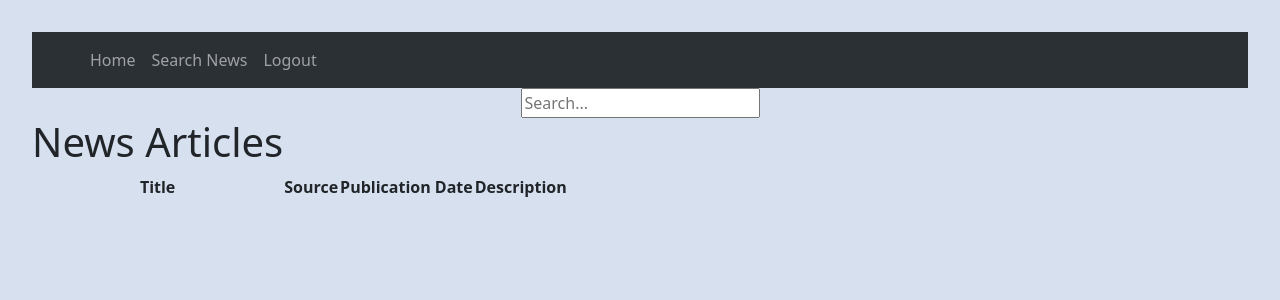
Repository: oksana117/news-app
Page: /search (app in client/)
An editor plug-in stored every save of this project. The page is shown before and after a run of saves, followed by the edit.
The browser window is 1280 px wide. The pictures show the whole page.
The page's requests for data from a server got no answer. The project was rebuilt for these pictures with package versions that can differ from the ones it lists, and the page was loaded fresh each time. No one was signed in, and anything a server would have sent is missing. Also part of the build but not shown: client/vite.config.js, client/src/Register.jsx, client/src/Login.jsx, client/src/Home.jsx.

Above is the page before, as saved 2024-09-27 18:57:39.

### client/index.html
<!doctype html>
<html lang="en">

<head>
  <meta charset="UTF-8" />
  <link rel="icon" type="image" href="/newspaper.png" />
  <meta name="viewport" content="width=device-width, initial-scale=1.0" />
  <title>Latest News</title>
</head>

<body style="background-color:#D6E0EF;">
  <div id="root"></div>
  <script type="module" src="/src/main.jsx"></script>
</body>

</html>

### client/src/main.jsx
import { StrictMode } from 'react'
import { createRoot } from 'react-dom/client'

import App from './App.jsx'
import 'font-awesome/css/font-awesome.min.css';
//import './index.css'

createRoot(document.getElementById('root')).render(
  <StrictMode>
    <App />
  </StrictMode>,
)

### client/src/App.jsx

import 'bootstrap/dist/css/bootstrap.min.css'
import Register from './Register'
import Login from './Login'
import Home from './Home'
import Search from './Search.jsx'
import { BrowserRouter, Routes, Route } from 'react-router-dom'
import {NavbarBootstrap} from './components/Navbar.jsx'

//import reactLogo from './assets/react.svg'
//import viteLogo from '/vite.svg'
//import './App.css'

function App() {

  return (

    <BrowserRouter>
      <NavbarBootstrap/>
      <Routes>
        <Route path='/register' element={<Register />}></Route>
        <Route path='/login' element={<Login />}></Route>
        <Route path='/home' element={<Home />}></Route>
        <Route path='/search' element={<Search />}></Route>
        </Routes>

    </BrowserRouter>


  )
}

export default App

### client/src/Search.jsx


import 'font-awesome/css/font-awesome.min.css';
//import { FontAwesomeIcon } from '@fortawesome/react-fontawesome'
import { useEffect, useState } from "react";
//import { Users } from "./users";
import "./app.css";
import SearchTableResult from "./SearchTableResult";
import axios from "axios";



//`http://localhost:3001/search?keywords=${query}`

function Search() {
  const [query, setQuery] = useState("");
  const [data, setData] = useState([]);


  useEffect(() => {
    const fetchData = async () => {
      const res = await axios.get(`http://localhost:3001/search?keywords=${query}`);
        setData(res.data.data);

    };
    if (query.length === 0 || query.length > 2) fetchData();
  }, [query]);
    console.log(query);
    console.log(data);
    return (

    <div className="app">
        <input
          className="search"
          placeholder="Search..."
          onChange={(e) => setQuery(e.target.value.toLowerCase())}
        />
      {<SearchTableResult data={data} />}
    </div>
  );
}

export default Search;

### client/src/components/Navbar.jsx
import Container from 'react-bootstrap/Container';
import Nav from 'react-bootstrap/Nav';
import Navbar from 'react-bootstrap/Navbar';

export const NavbarBootstrap = () => {
    return (
        <Navbar expand="lg" className="bg-body-tertiary" bg="primary" data-bs-theme="dark">
            <Container>
                <Navbar.Toggle aria-controls="basic-navbar-nav" />
                <Navbar.Collapse id="basic-navbar-nav">
                    <Nav className="me-auto">
                        <Nav.Link href="/home">Home</Nav.Link>
                        <Nav.Link href="/search">Search News</Nav.Link>
                        <Nav.Link href="/login">Logout</Nav.Link>
                    </Nav>
                </Navbar.Collapse>
            </Container>
        </Navbar>
    );
}
//fix LOGOUT

### client/src/SearchTableResult.jsx
/* eslint-disable react/prop-types */


const SearchTableResult = ({ data }) => {

  const dataKeys = Object.keys(data)


    return (
        <table>
       <div>
            <h1>News Articles</h1></div>
       <tbody>
                <tr>
                    <th>Title</th>
                    <th>Source</th>
                    <th>Publication Date</th>
                    <th>Description</th>
                </tr>
                {dataKeys.map((article, index) => (
                    <tr key={index}>
                        <td>{article.title}</td>
                        <td>{article.url} </td>
                        <td>{article.published_at}</td>
                        <td>{article.description}</td>
                    </tr>
                ))}
            </tbody>
        </table>



    );



};

export default SearchTableResult;

Loaded but not shown: client/src/app.css (common file)

After the next 2 saves:
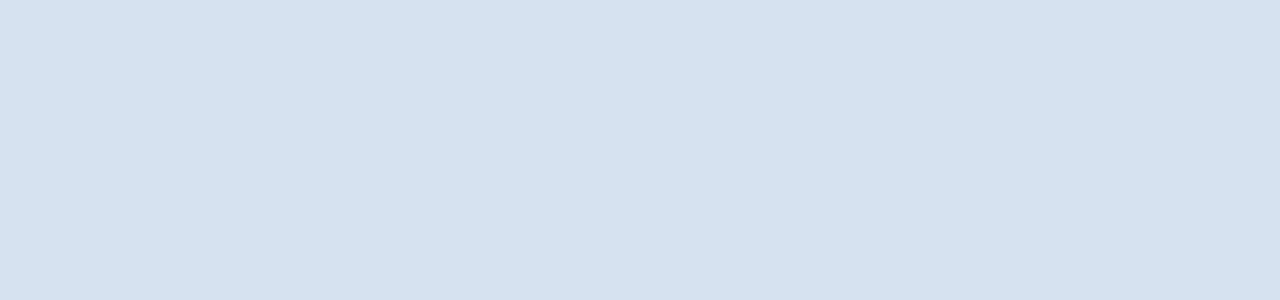
Console error: TypeError: Cannot convert undefined or null to object
The 2 saves are shown as one change because they came seconds apart.
The last was saved 57 s later.
--- a/client/src/Search.jsx
+++ b/client/src/Search.jsx
@@ -20,7 +20,7 @@
   useEffect(() => {
     const fetchData = async () => {
       const res = await axios.get(`http://localhost:3001/search?keywords=${query}`);
-        setData(res.data.data);
+        setData(res.data);
 
     };
     if (query.length === 0 || query.length > 2) fetchData();
@@ -35,7 +35,7 @@
           placeholder="Search..."
           onChange={(e) => setQuery(e.target.value.toLowerCase())}
         />
-      {<SearchTableResult data={data} />}
+      {<SearchTableResult data={data.data} />}
     </div>
   );
 }

After the save that followed:
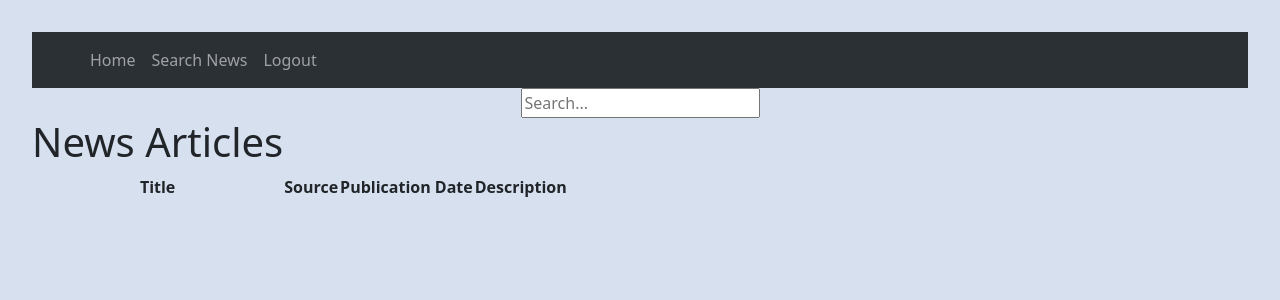
The error is gone.
Saved 12 s later.
--- a/client/src/Search.jsx
+++ b/client/src/Search.jsx
@@ -35,7 +35,7 @@
           placeholder="Search..."
           onChange={(e) => setQuery(e.target.value.toLowerCase())}
         />
-      {<SearchTableResult data={data.data} />}
+      {<SearchTableResult data={data} />}
     </div>
   );
 }
